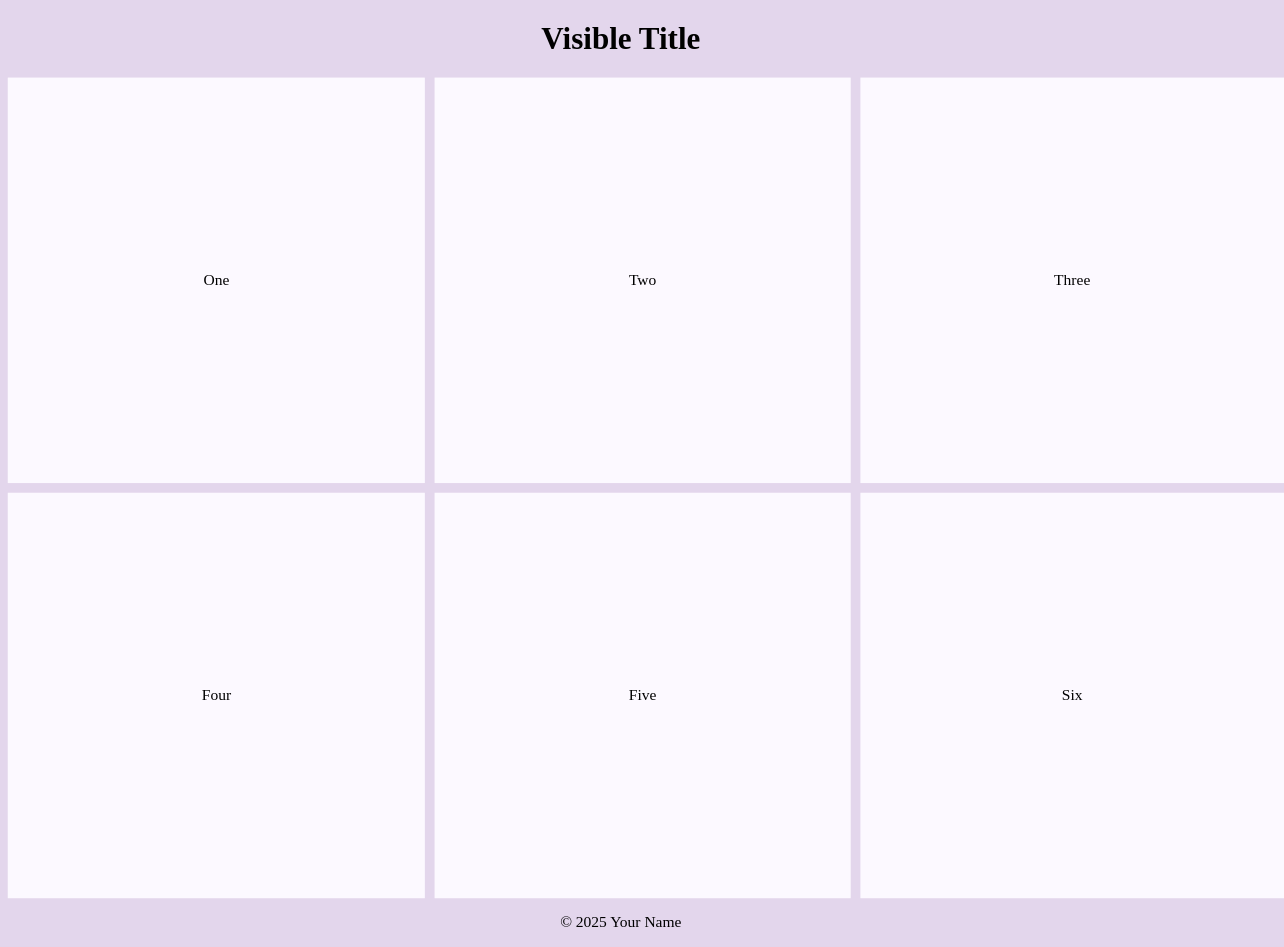
Repository: Brittany-Westlund/WebDesign
Page: FinalProject/index.html
An editor plug-in stored every save of this project. The page is shown before and after the next save, followed by the edit.
The browser window is 1280 px wide. The page is 1324 px wide, then 1280 px, so the pictures cover 1324 px, including what lies to the right of the window. The pictures show the whole page, at 97% of full size.

Above is the page before, as saved 2025-06-13 11:42:22.

After the next save:
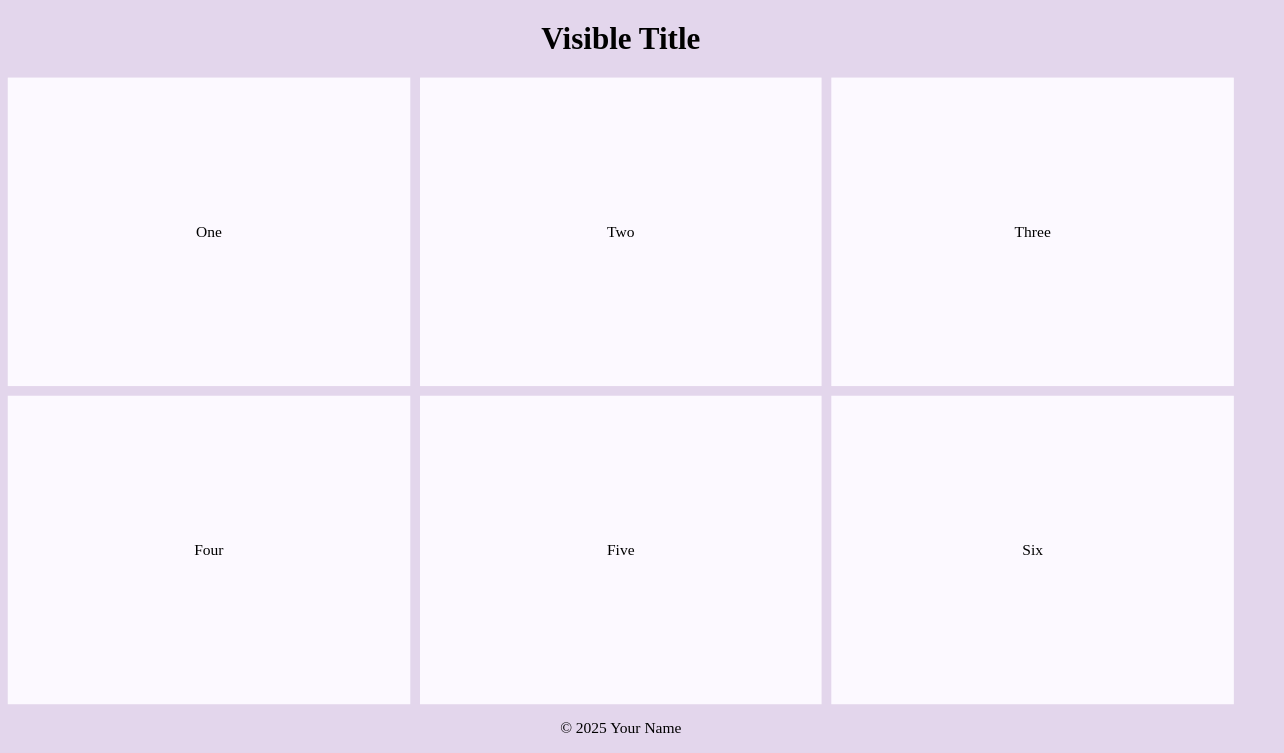
Saved 10 s later.
--- a/FinalProject/style/style.css
+++ b/FinalProject/style/style.css
@@ -15,7 +15,7 @@ header {
 .item {
     text-align: center;
     background-color: #fcf9ff;
-    padding: 200px;
+    padding: 150px;
 }
 
 footer {
